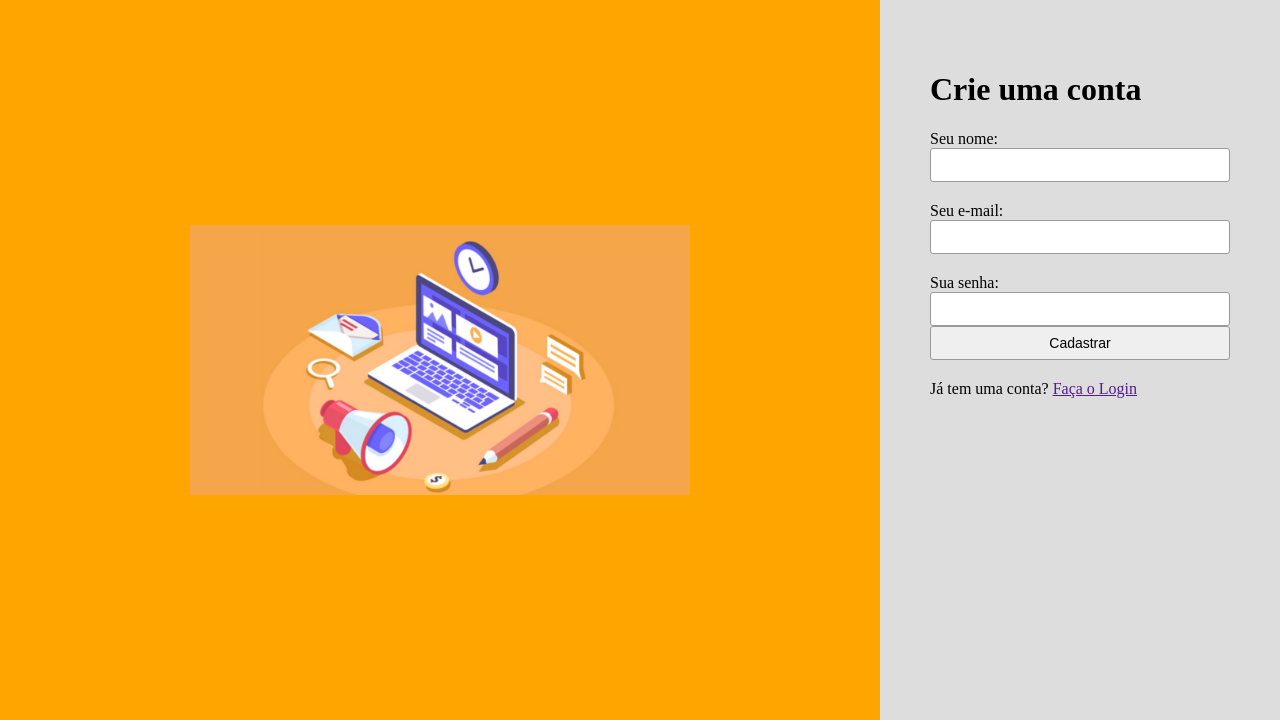
Repository: rafavirginio/tela-de-login
Page: index.html
The author's editor kept a copy of each file at every save. The page is drawn from the files as they stood at one save, then again after the next save.
The browser window is 1280 px wide. The pictures show the whole page.

Above is the page before, as saved 2020-09-15 13:13:50.
Console error: TypeError: Cannot read properties of null (reading 'addEventListener')

After the next save:
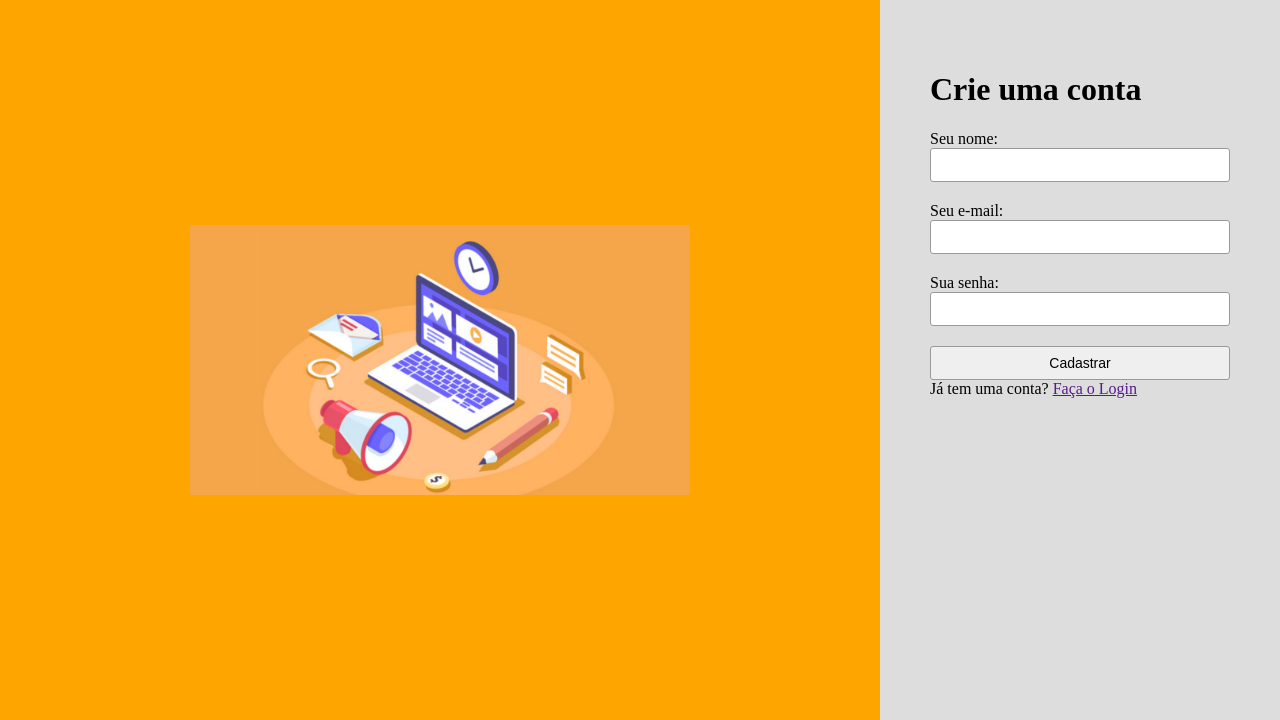
Saved 5 min 19 s later.
--- a/index.html
+++ b/index.html
@@ -31,8 +31,8 @@
                 <label>
                 Sua senha: <br/>
                 <input type="password" name="password" />
-                <label>
-                    <input type="submit" value="Cadastrar">
+                </label>
+                <input type="submit" value="Cadastrar" />
                 </label>
             </form>
             <div>
